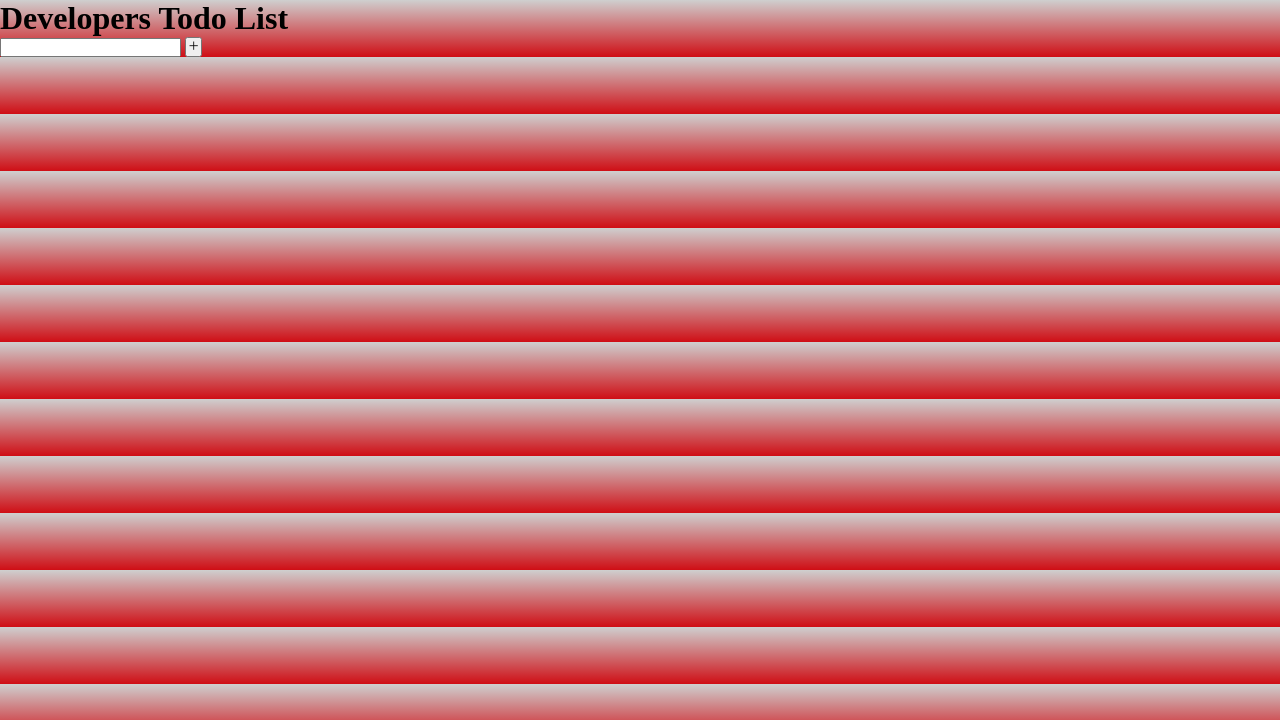
Repository: DevAntonioRogers/Vanilla-TodoList
Page: index.html
The author's editor kept a copy of each file at every save. The page is drawn from the files as they stood at one save, then again after the next save.
The browser window is 1280 px wide. The pictures show the whole page.

Above is the page before, as saved 2023-05-11 23:54:31.

After the next save:
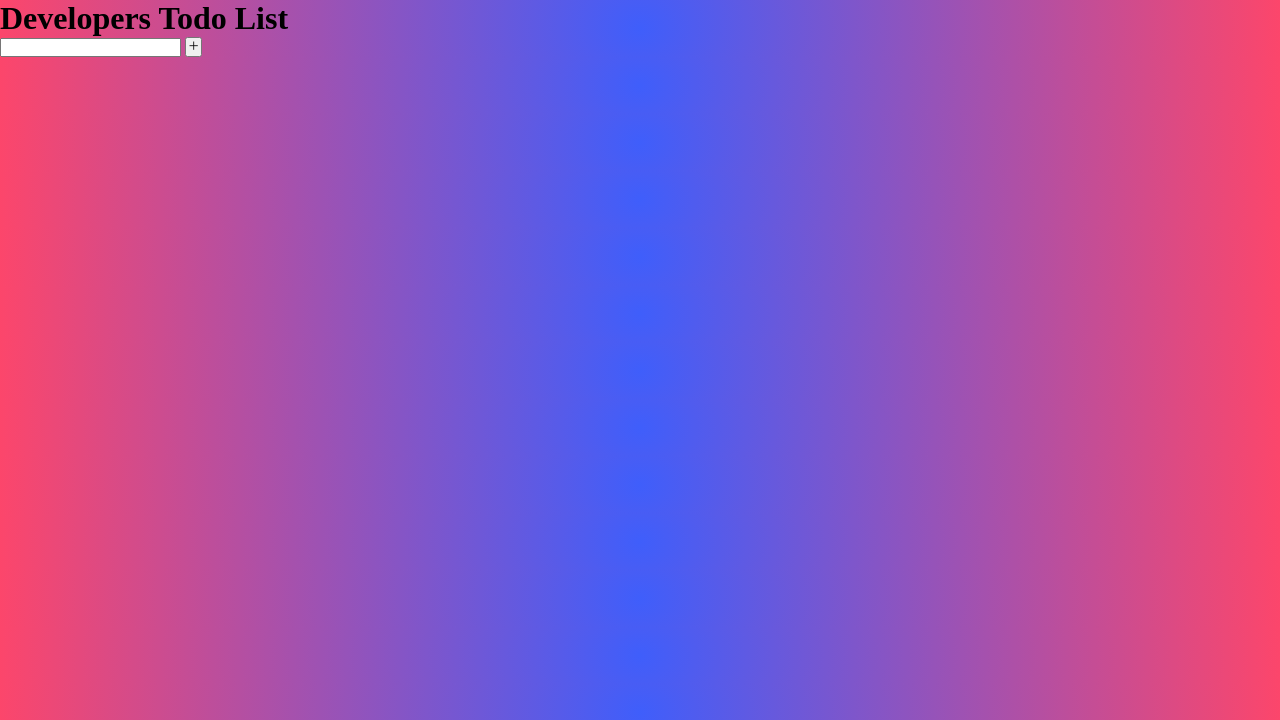
Saved 45 s later.
--- a/style.css
+++ b/style.css
@@ -5,5 +5,6 @@
 }
 
 body {
-  background-image: linear-gradient(to top, #cf0e15 0%, #cfcfcf 100%);
+  background: rgb(63, 94, 251);
+  background: radial-gradient(circle, rgba(63, 94, 251, 1) 0%, rgba(252, 70, 107, 1) 100%);
 }
